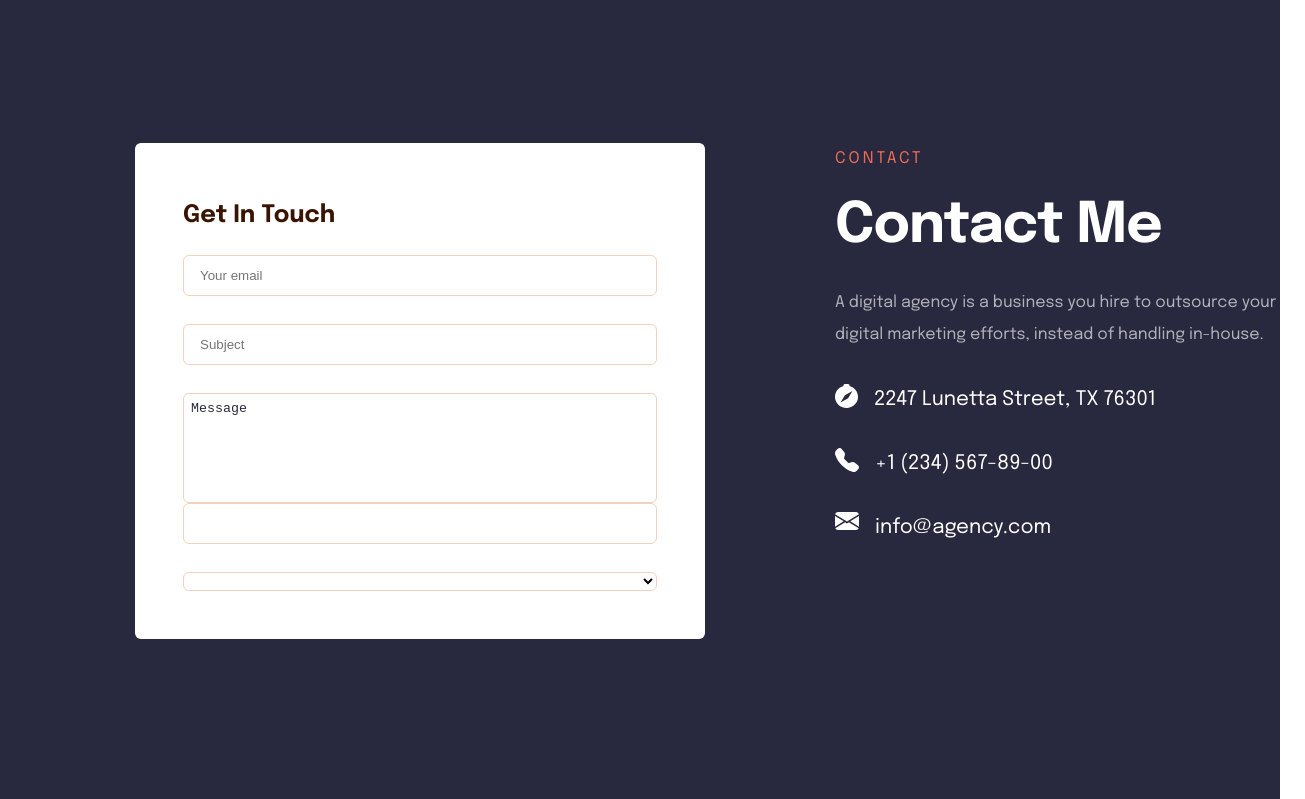
Repository: FaridRustamov09/task20
Page: index.html
An editor plug-in stored every save of this project. The page is shown before and after the next save, followed by the edit.
The browser window is 1280 px wide. The page is 1305 px wide, so the pictures cover 1305 px, including what lies to the right of the window. The pictures show the whole page.

Above is the page before, as saved 2024-01-13 14:41:42.

After the next save:
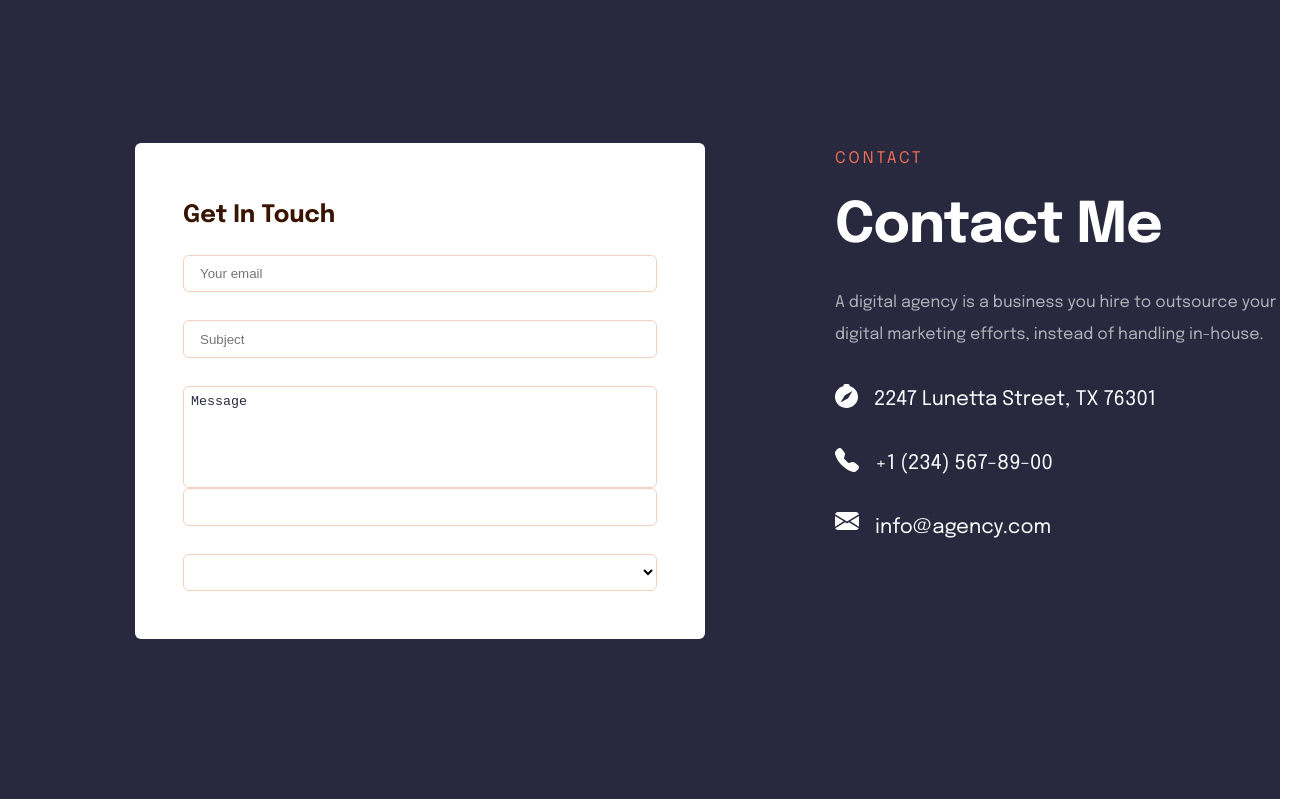
Saved 6 s later.
--- a/index.css
+++ b/index.css
@@ -129,5 +129,6 @@ select{
   border-radius: 6px;
 border: 1px solid #F3D1BF;
 background: #FFF;
-width: ;
+width: 474px;
+height: 48px;
 }
